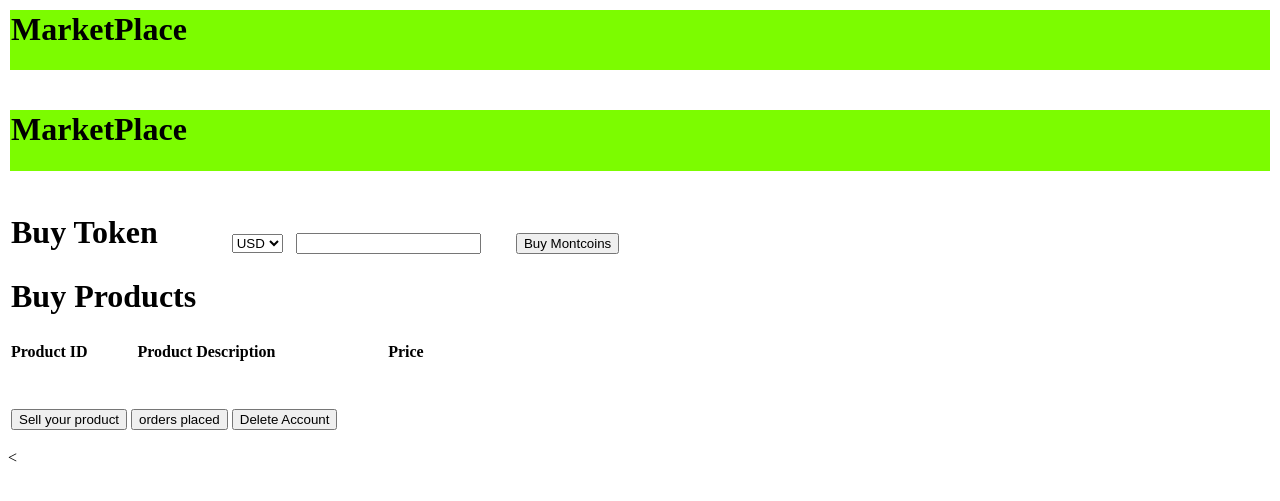
Repository: shivam0510/BloackChain
Page: http://localhost/BlockChainLab1/WEB-INF/jsp/viewpage.jsp
These files come from the project's save history. The page is drawn as it stood at one moment and after the next save; the edit follows.
The browser window is 1280 px wide. The pictures show the whole page.
The page is served by Tomcat 9. Nobody is signed in. Other server files are loaded and not shown. The template is opened directly, without the code that normally fills it, so the values that code supplies are empty.

Above is the page before, as saved 2019-02-27 03:11:38.

### BlockChainLab1/WebContent/WEB-INF/jsp/viewpage.jsp
<!--
Shivam Agarwal
shivamag@buffalo.edu
UBIT 50289132
 -->
<html>
<body>
<jsp:include page="/index.jsp"></jsp:include>
${message}<br><br>
</body>
</html>

### BlockChainLab1/WebContent/index.jsp
<!--
Shivam Agarwal
shivamag@buffalo.edu
UBIT 50289132
 -->
<html>

<script type="text/javascript">
function login(){
	var accno = document.getElementById('accountNo').value;
	var pass = document.getElementById('pass').value;

	if(accno.trim() != "" && pass.trim() != ""){
   		document.getElementById('loginForm').submit();
   	}else{
   		alert('please enter valid data');
   	}
}

function createAccount(){
	var name = document.getElementById('name').value;
	var pass = document.getElementById('password').value;

	if(name.trim() != "" && pass.trim() != ""){
   		document.getElementById('createAcc').submit();
   	}else{
   		alert('please enter valid data');
   	}
}
 </script>

<body>
	<!-- use table form for side by side display -->
	<jsp:include page="/title.jsp"></jsp:include>
	<br>
	<br>
	<jsp:include page="/WEB-INF/jsp/buypage.jsp"></jsp:include>

	<<!--  <table width = 100%>
		<tr>
			<td>
				<form name="loginform" id="loginForm" action="login">
					<table width=100%>
						<thead>
							<tr>
								<h1>Login</h1>
							</tr>

						</thead>
						<tbody>
							<tr>
								<td>Account Number : </td>
								<td><input type="text" id="accountNo" name="accno" /></td>
							</tr>
							<tr>
								<td>Password : </td>
								<td><input type="text" id="pass" name="pass" /></td>
							</tr>
							<tr>
								<td>
									<input type="button" name="signIn" value="Sign In" onclick="javascript:login();" />
								</td>
								<td></td>
							</tr>
						</tbody>
					</table>
					<%-- <img src="<c:url value="${login.png}"/>"/> --%>
				</form>
			</td>
			<td>
				<form action="createAcc" id="createAcc" name="createAcc">
					<table width=100%>
						<thead>
							<tr>
								<h1>Create Account</h1>
							</tr>

						</thead>
						<tbody>
							<tr>
								<td>Name : </td>
								<td><input type="text" name="name" id="name" /></td>
							</tr>
							<tr>
								<td>Password : </td>
								<td><input type="text" name="password" id="password"/></td>
							</tr>
							<tr>
								<td>
									<input type="button" name="createAcc" value="Create Account" onclick="javascript:createAccount();" />
								</td>
								<td></td>
							</tr>
						</tbody>
					</table>
				</form>
			</td>
		</tr>
	</table> -->
</body>
</html>

### BlockChainLab1/WebContent/title.jsp
<!--
Shivam Agarwal
shivamag@buffalo.edu
UBIT 50289132
 -->
<html>
	<body>
		<table width="100%">
			<tr bgcolor="#7CFC00">
				<td width="100%">
					<h1>MarketPlace</h1>
				</td>
			</tr>
		</table>
	</body>
</html>

### BlockChainLab1/WebContent/WEB-INF/jsp/buypage.jsp
<!--
Shivam Agarwal
shivamag@buffalo.edu
UBIT 50289132
 -->
<%@ taglib uri="http://www.springframework.org/tags/form" prefix="form"%>
<%@ taglib uri="http://java.sun.com/jsp/jstl/core" prefix="c"%>
<html>

<script type="text/javascript">
function purchase(itemID){
	document.getElementById('itemSelected').value = itemID;
	document.getElementById('buyForm').submit();
}

function redirectToSell(){
	window.location.replace("http://localhost:8080/BlockChainLab1/sellpage.jsp")
}

function purchaseTokens() {

	if(document.getElementById('montcoin').value.trim() != ""){
		document.getElementById('tokens').value = 1;
		document.getElementById('buyForm').submit();
	}else{
		alert('please enter valid data');
	}

}

function listProducts(){
	var frm = document.getElementById('buyForm');
	frm.action = "listProducts";
	frm.submit();
}

function deleteAccount(){
	var frm = document.getElementById('buyForm');
	frm.action = "deleteAccount";
	frm.submit();
}
</script>

<body>
	<jsp:include page="/title.jsp"></jsp:include>
	<br>
	<br>
	<form name="buyForm" id="buyForm" action="buy">
		<table width="50%">
			<tr>
				<input type="hidden" id="itemSelected" name="itemSelected" value="0"/>
				<input type="hidden" id="tokens" name="tokens" value="0"/>
			</tr>
			<tr>
				<td><h1>Buy Token</h1></td>
				<td>
					<select name="currency" id="currency">
						<option>USD</option>
						<option>CAD</option>
						<option>AUD</option>
						<option>INR</option>
						<option>EUR</option>
					</select>
				</td>
				<td>
					<input type="text" id="montcoin" name="montcoin">
				</td>
				<td><input type="button" id="buyTokens" value="Buy Montcoins" name="buyTokens" onclick="javascript:purchaseTokens();"></td>
			</tr>
			<tr>
				${message}
			</tr>
			<tr>
				<td><h1>Buy Products</h1></td>
				<td></td>
				<td></td>
			</tr>
		</table>
		<table width="50%">
			<thead>
				<td width="20%" ><b>Product ID</b></td>
				<td width="40%"><b>Product Description</b></td>
				<td width="20%"><b>Price</b></td>
				<td width="20%"></td>
			</thead>
			<tbody>
				<c:forEach var="item" items="${products}">
					<tr>
						<td width="20%">${item.itemId}</td>
						<td width="40%">${item.details}</td>
						<td width="20%">${item.price}</td>
						<td width="20%">
							<input type="button" id="${item.itemId}" onclick="javascript:purchase(this.id);" value="Buy Now" />
						</td>
					</tr>
					<tr></tr>
					<tr></tr>
				</c:forEach>

				<tr></tr>
				<tr></tr>
				<tr></tr>
			</tbody>
		</table>
		<br>
		<br>
		<table>
			<tbody>
				<tr>
					<td><input type="button" value="Sell your product" onclick="javascript:redirectToSell();" /></td>
					<td><input type="button" value="orders placed" onclick="javascript:listProducts();" /></td>
					<td><input type="button" value="Delete Account" onclick="javascript:deleteAccount();" /></td>
				</tr>
			</tbody>
		</table>
	</form>
</body>
</html>

After the next save:
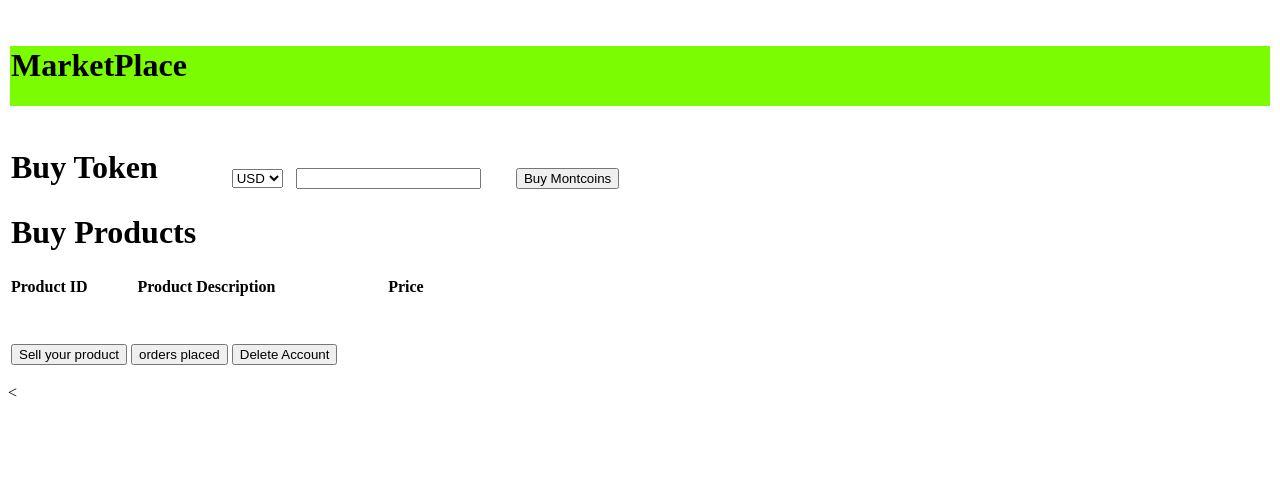
Saved 72 s later.
--- a/BlockChainLab1/WebContent/index.jsp
+++ b/BlockChainLab1/WebContent/index.jsp
@@ -31,7 +31,7 @@ function createAccount(){
 
 <body>
 	<!-- use table form for side by side display -->
-	<jsp:include page="/title.jsp"></jsp:include>
+	<%-- <jsp:include page="/title.jsp"></jsp:include> --%>
 	<br>
 	<br>
 	<jsp:include page="/WEB-INF/jsp/buypage.jsp"></jsp:include>
